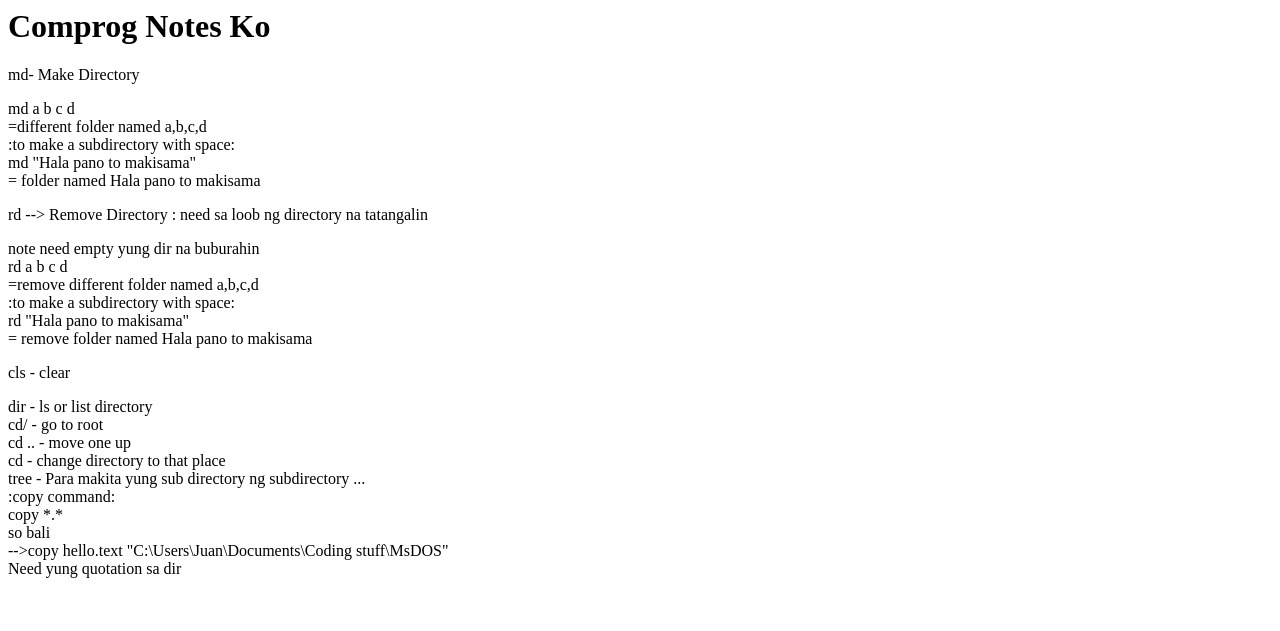
Repository: zwainer/Comprog
Page: index.html
The author's editor kept a copy of each file at every save. The page is drawn from the files as they stood at one save, then again after a run of saves.
The browser window is 1280 px wide. The pictures show the whole page.

Above is the page before, as saved 2023-05-04 08:36:06.

After the next 4 saves:
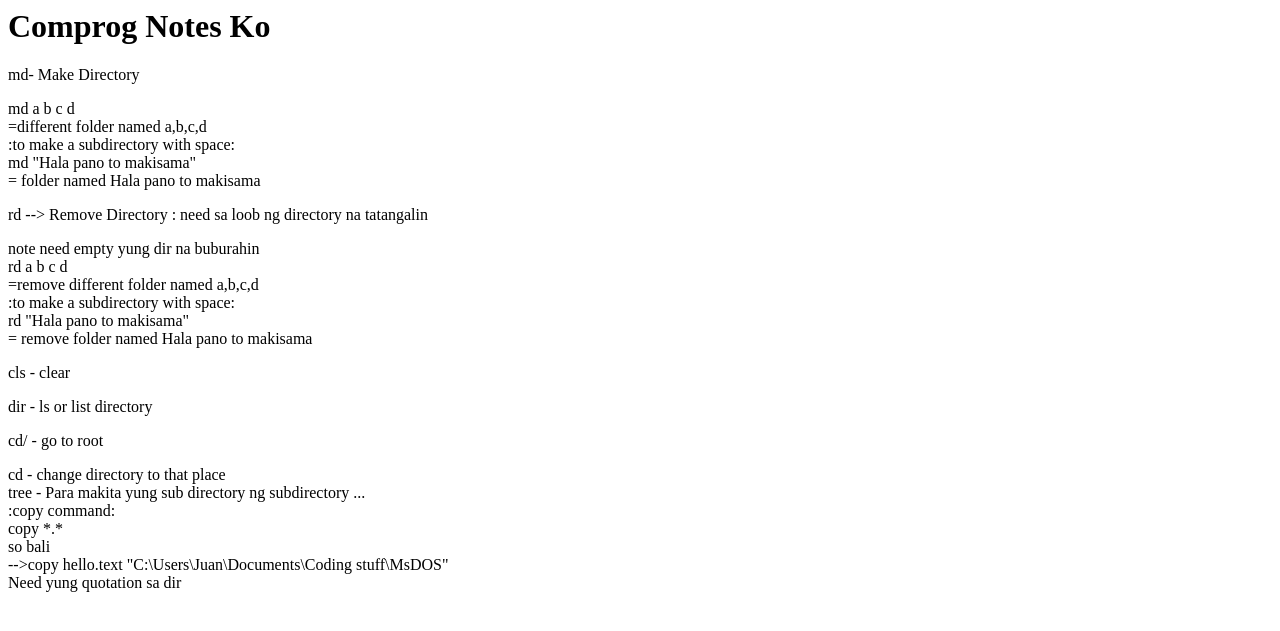
The 4 saves are shown as one change because they came seconds apart.
The last was saved 12 s later.
--- a/index.html
+++ b/index.html
@@ -28,9 +28,9 @@ rd a b c d <br/>
 
 <p class="StartCommand">cls - clear<br/></p>
 
-<p class="StartCommand"></p>dir - ls or list directory<br/>
+<p class="StartCommand"></p>dir - ls or list directory<br/></p>
 
-cd/ - go to root<br/>
+<p class="StartCommand"></p>cd/ - go to root<br/><p
 
 cd .. - move one up<br/>
 
